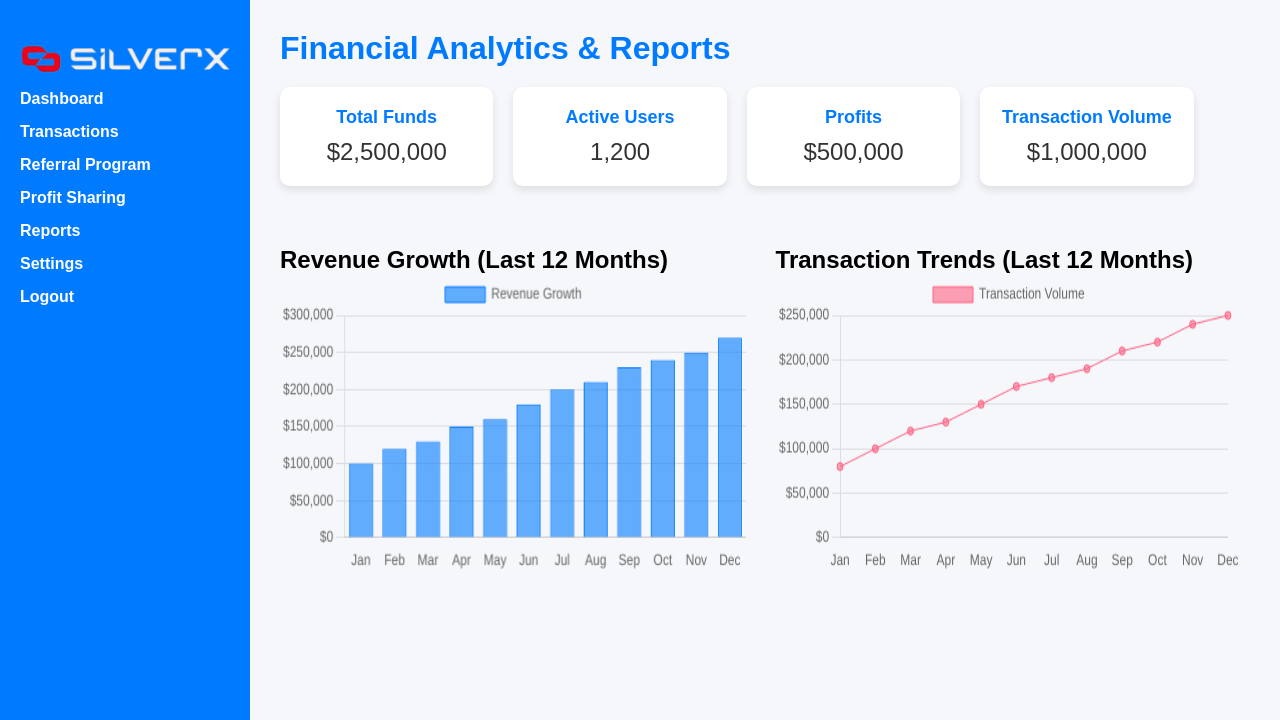
Repository: 2025silverx/slivedrX
Page: index5.html
The author's editor kept a copy of each file at every save. The page is drawn from the files as they stood at one save, then again after the next save.
The browser window is 1280 px wide. The pictures show the whole page.

Above is the page before, as saved 2025-01-05 02:48:22.

### index5.html
<!DOCTYPE html>
<html lang="en">
<head>
    <meta charset="UTF-8">
    <meta name="viewport" content="width=device-width, initial-scale=1.0">
    <title>Financial Analytics & Reports</title>
    <link rel="stylesheet" href="style5.css">
    <script src="https://cdn.jsdelivr.net/npm/chart.js"></script>
</head>
<body>
    <div id="sidebar-container">
        <div class="sidebar">
            <img src="images/logo.png" alt="Sidebar Logo" class="sidebar-logo">
            <ul class="sidebar-links">
                <li><a href="index.html" class="sidebar-link" data-target="dashboard">Dashboard</a></li>
                <li><a href="index2.html" class="sidebar-link" data-target="transactions">Transactions</a></li>
                <li><a href="index3.html" class="sidebar-link" data-target="reports">Referral Program</a></li>
                <li><a href="index4.html" class="sidebar-link" data-target="users">Profit Sharing</a></li>
                <li><a href="index5.html" class="sidebar-link" data-target="reports">Reports</a></li>
                <li><a href="setting.html" class="sidebar-link" data-target="settings">Settings</a></li>
                <li><a href="login.html" class="sidebar-link" data-target="logout">Logout</a></li>
            </ul>
        </div>
    </div>


    <div class="main-content">
        <h1>Financial Analytics & Reports</h1>

        <!-- Key Performance Indicators (KPIs) -->
        <div class="kpi-section">
            <div class="kpi-card">
                <h3>Total Funds</h3>
                <p>$2,500,000</p>
            </div>
            <div class="kpi-card">
                <h3>Active Users</h3>
                <p>1,200</p>
            </div>
            <div class="kpi-card">
                <h3>Profits</h3>
                <p>$500,000</p>
            </div>
            <div class="kpi-card">
                <h3>Transaction Volume</h3>
                <p>$1,000,000</p>
            </div>
        </div>

        <!-- Data Trends Section -->
        <div class="charts-section">
            <div class="chart-container">
                <h2>Revenue Growth (Last 12 Months)</h2>
                <canvas id="revenueGrowthChart"></canvas>
            </div>
            <div class="chart-container">
                <h2>Transaction Trends (Last 12 Months)</h2>
                <canvas id="transactionTrendsChart"></canvas>
            </div>
        </div>
    </div>

    <script src="script5.js"></script>
</body>
</html>

### style5.css
/* Reset some default styles */
* {
    margin: 0;
    padding: 0;
    box-sizing: border-box;
}

/* Body and container styles */
body {
    font-family: Arial, sans-serif;
    display: flex;
    height: 100vh;
    background-color: #f5f7fa;
}

/* Sidebar styles */
.sidebar {
    width: 250px;
    background-color: #007bff;
    color: white;
    padding: 20px;
    display: flex;
    flex-direction: column;
    position: sticky;
    top: 0;
    height: 100vh;
    /* Remove any margin or padding at the side */
    margin-right: 0;
}

/* Sidebar heading */
.sidebar h2 {
    margin-bottom: 20px;
    text-align: center;
}

/* Sidebar links */
.sidebar-links {
    list-style: none;
}

.sidebar-links li {
    margin-bottom: 15px;
}

.sidebar-links a {
    text-decoration: none;
    color: white;
    font-weight: bold;
}

.sidebar-links a:hover {
    color: #f0f0f0;
}

/* Main content area */
.main-content {
    flex: 1;
    padding: 30px;
    overflow-y: auto;
}

h1 {
    color: #007bff;
    margin-bottom: 20px;
}

/* KPI section styles */
.kpi-section {
    display: flex;
    gap: 20px;
    margin-bottom: 40px;
}

.kpi-card {
    background-color: white;
    padding: 20px;
    border-radius: 10px;
    box-shadow: 0 4px 8px rgba(0, 0, 0, 0.1);
    width: 22%;
    text-align: center;
}

.kpi-card h3 {
    font-size: 18px;
    color: #007bff;
    margin-bottom: 10px;
}

.kpi-card p {
    font-size: 24px;
    color: #333;
}

/* Chart section styles */
.charts-section {
    display: flex;
    gap: 30px;
    flex-wrap: wrap;
}

.chart-container {
    width: 48%;
    margin-top: 20px;
}

canvas {
    width: 100% !important;
    height: 300px !important;
}

/* Responsive Styles */
@media (max-width: 768px) {
    .sidebar {
        width: 200px;
    }

    .main-content {
        padding: 20px;
    }

    .kpi-section {
        flex-direction: column;
        gap: 20px;
    }

    .kpi-card {
        width: 100%;
    }

    .chart-container {
        width: 100%;
    }
}

### script5.js
// Data for the charts
const revenueData = {
    labels: ['Jan', 'Feb', 'Mar', 'Apr', 'May', 'Jun', 'Jul', 'Aug', 'Sep', 'Oct', 'Nov', 'Dec'],
    datasets: [{
        label: 'Revenue Growth',
        data: [100000, 120000, 130000, 150000, 160000, 180000, 200000, 210000, 230000, 240000, 250000, 270000],
        backgroundColor: 'rgba(0, 123, 255, 0.6)', // Blue for revenue
        borderColor: 'rgba(0, 123, 255, 1)',
        borderWidth: 1
    }]
};

const transactionData = {
    labels: ['Jan', 'Feb', 'Mar', 'Apr', 'May', 'Jun', 'Jul', 'Aug', 'Sep', 'Oct', 'Nov', 'Dec'],
    datasets: [{
        label: 'Transaction Volume',
        data: [80000, 100000, 120000, 130000, 150000, 170000, 180000, 190000, 210000, 220000, 240000, 250000],
        backgroundColor: 'rgba(255, 99, 132, 0.6)', // Red for transaction volume
        borderColor: 'rgba(255, 99, 132, 1)',
        borderWidth: 1
    }]
};

// Chart.js configuration for revenue growth
const revenueGrowthCtx = document.getElementById('revenueGrowthChart').getContext('2d');
const revenueGrowthChart = new Chart(revenueGrowthCtx, {
    type: 'bar',
    data: revenueData,
    options: {
        responsive: true,
        scales: {
            y: {
                beginAtZero: true,
                ticks: {
                    callback: function(value) {
                        return '$' + value.toLocaleString(); // Format y-axis as currency
                    }
                }
            },
            x: {
                grid: {
                    display: false
                }
            }
        },
        plugins: {
            tooltip: {
                callbacks: {
                    label: function(tooltipItem) {
                        return '$' + tooltipItem.raw.toLocaleString();
                    }
                }
            }
        }
    }
});

// Chart.js configuration for transaction trends
const transactionTrendsCtx = document.getElementById('transactionTrendsChart').getContext('2d');
const transactionTrendsChart = new Chart(transactionTrendsCtx, {
    type: 'line',
    data: transactionData,
    options: {
        responsive: true,
        scales: {
            y: {
                beginAtZero: true,
                ticks: {
                    callback: function(value) {
                        return '$' + value.toLocaleString(); // Format y-axis as currency
                    }
                }
            },
            x: {
                grid: {
                    display: false
                }
            }
        },
        plugins: {
            tooltip: {
                callbacks: {
                    label: function(tooltipItem) {
                        return '$' + tooltipItem.raw.toLocaleString();
                    }
                }
            }
        }
    }
});

After the next save:
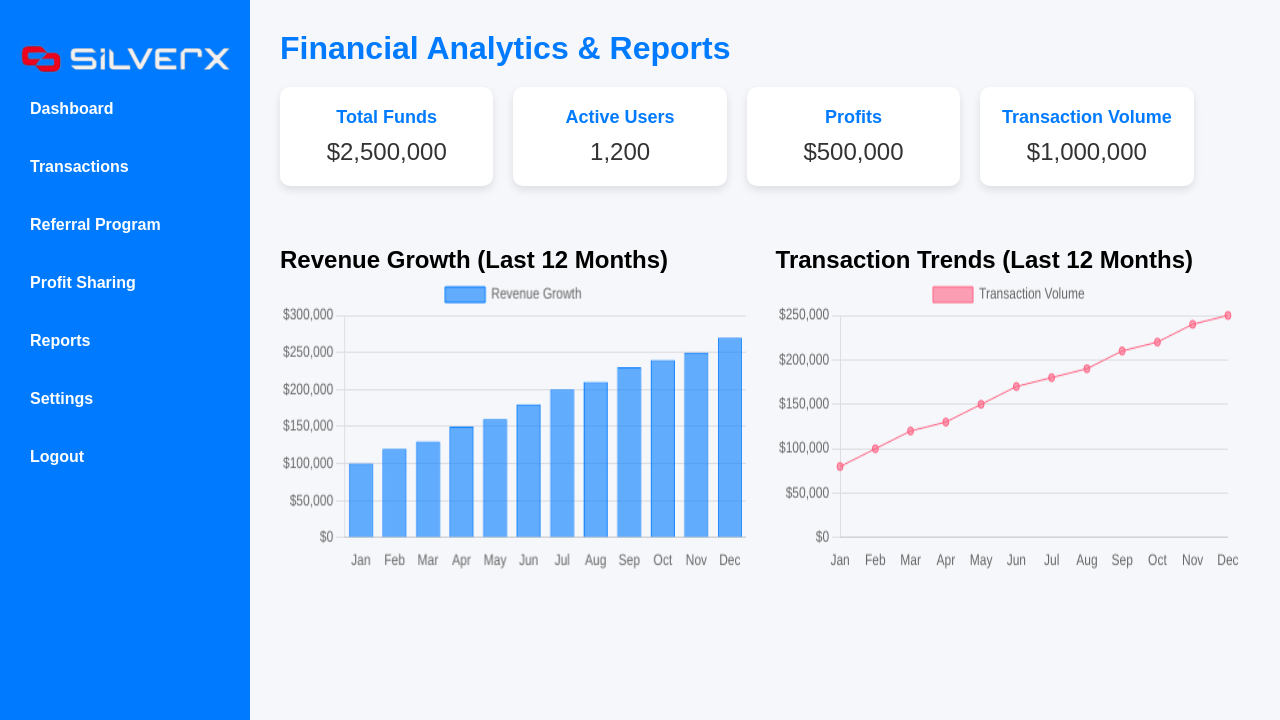
Saved 58 s later.
--- a/style5.css
+++ b/style5.css
@@ -40,17 +40,25 @@ body {
 }
 
 .sidebar-links li {
-    margin-bottom: 15px;
+    margin-bottom: 20px; /* Increased margin for better spacing */
 }
 
 .sidebar-links a {
     text-decoration: none;
     color: white;
     font-weight: bold;
+    display: block;
+    padding: 10px;
+    font-size: 16px;
+    transition: color 0.3s ease;
 }
 
 .sidebar-links a:hover {
-    color: #f0f0f0;
+    color: #f0f0f0; /* Light gray on hover */
+}
+
+.sidebar-links a:active {
+    color: #ff6347; /* Red color on click */
 }
 
 /* Main content area */
